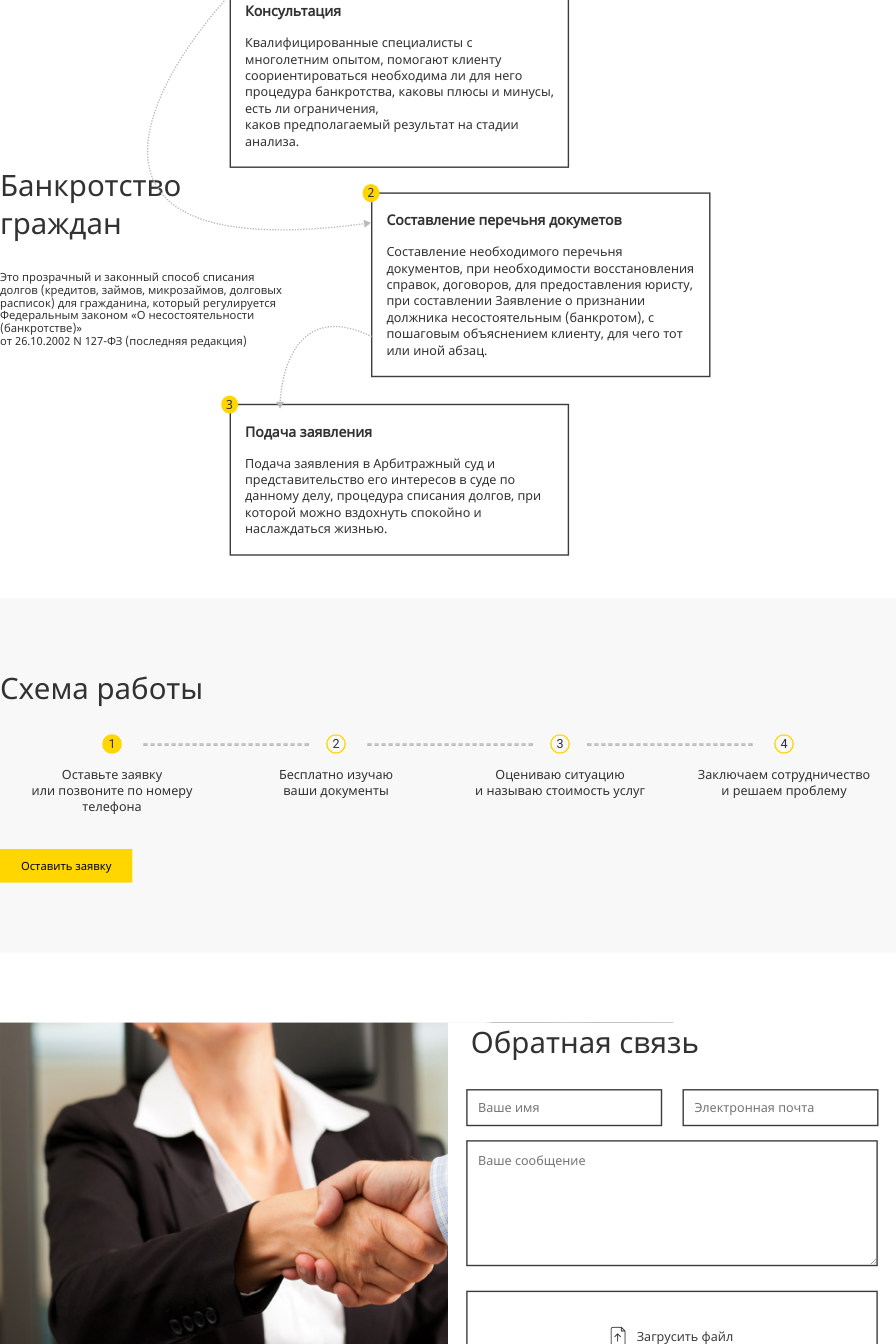
Repository: Nisovaki/antei
Page: http://localhost/
The author's editor kept a copy of each file at every save. The page is drawn from the files as they stood at one save, then again after the next save.
The browser window is 1280 px wide. The pictures show the part of the page from y = 3267 to 5187 px (the page is 6048 px tall before and 6057 px after), at 70% of full size.
The page is run by PHP 8.4 with error messages shown; the project is at /var/www/html/. Style sheets and scripts are compiled from the project's sources, by tool versions that may differ from the author's.

Above is the page before, as saved 2022-03-19 02:26:07.

After the next save:
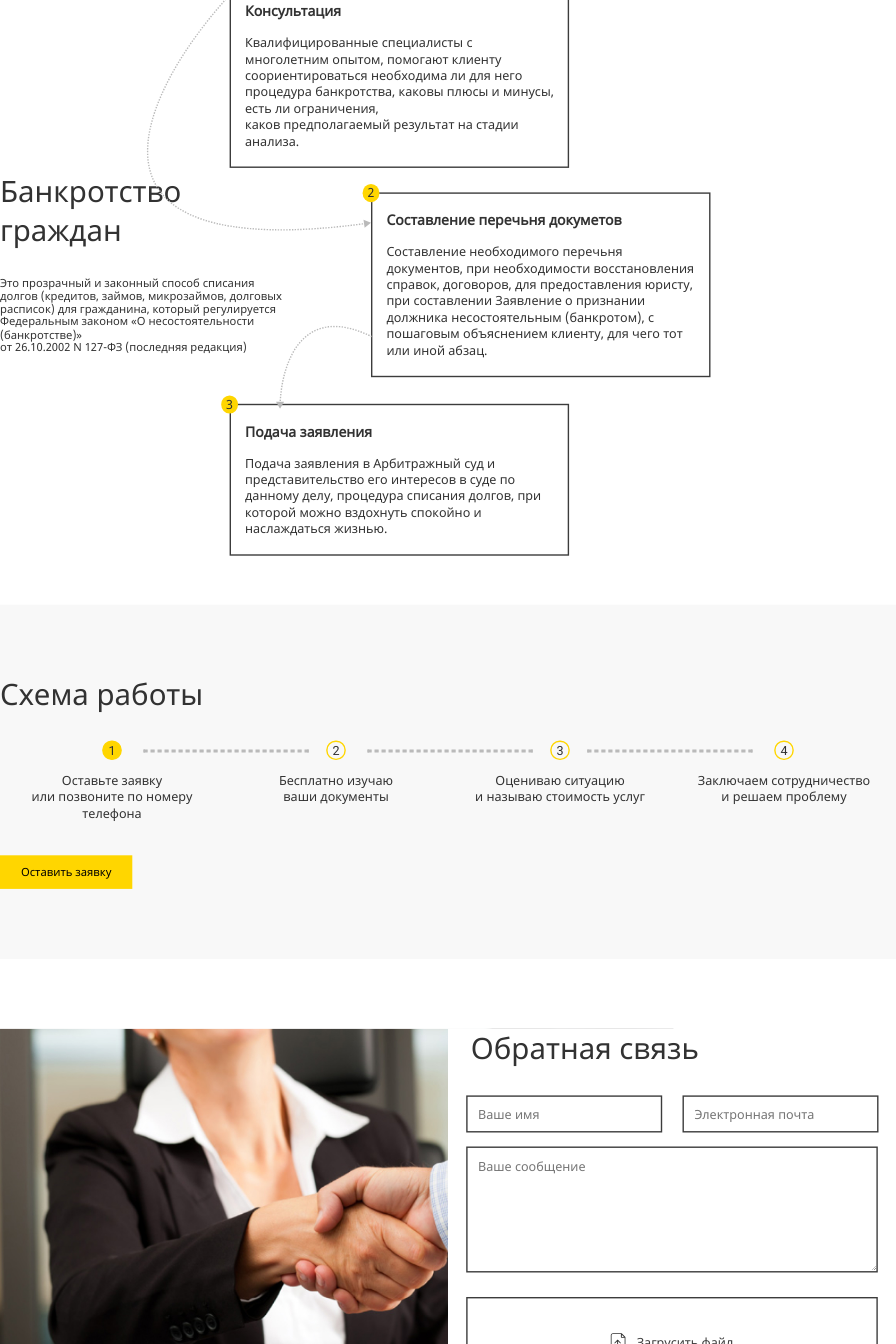
Saved 64 s later.
--- a/sass/block/_smash.sass
+++ b/sass/block/_smash.sass
@@ -1,6 +1,6 @@
 .smash
     position: relative
-    padding-top: 331px
+    padding-top: 340px
     padding-bottom: 342px
     &__title
         margin: 0
